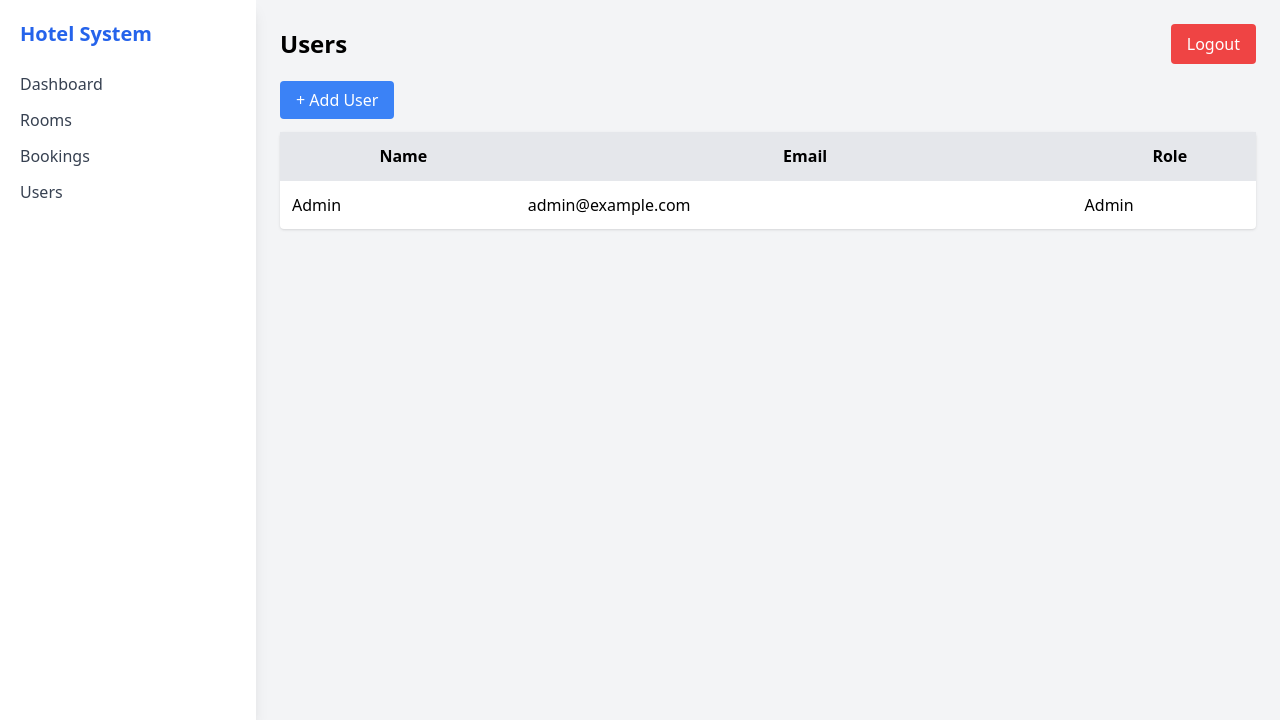
Repository: Hiruni60/hotel-booking-test
Page: resources/views/users/index.blade.php
The author's editor kept a copy of each file at every save. The page is drawn from the files as they stood at one save, then again after a run of saves.
The browser window is 1280 px wide. The pictures show the whole page.
The page is served by the project's Laravel application, run on PHP 8.4 with Laravel 10. Style sheets and scripts are compiled from the project's sources, by tool versions that may differ from the author's. The template is opened directly, without the code that normally fills it, so the values that code supplies are empty.

Above is the page before, as saved 2026-05-11 11:29:26.

After the next 2 saves:
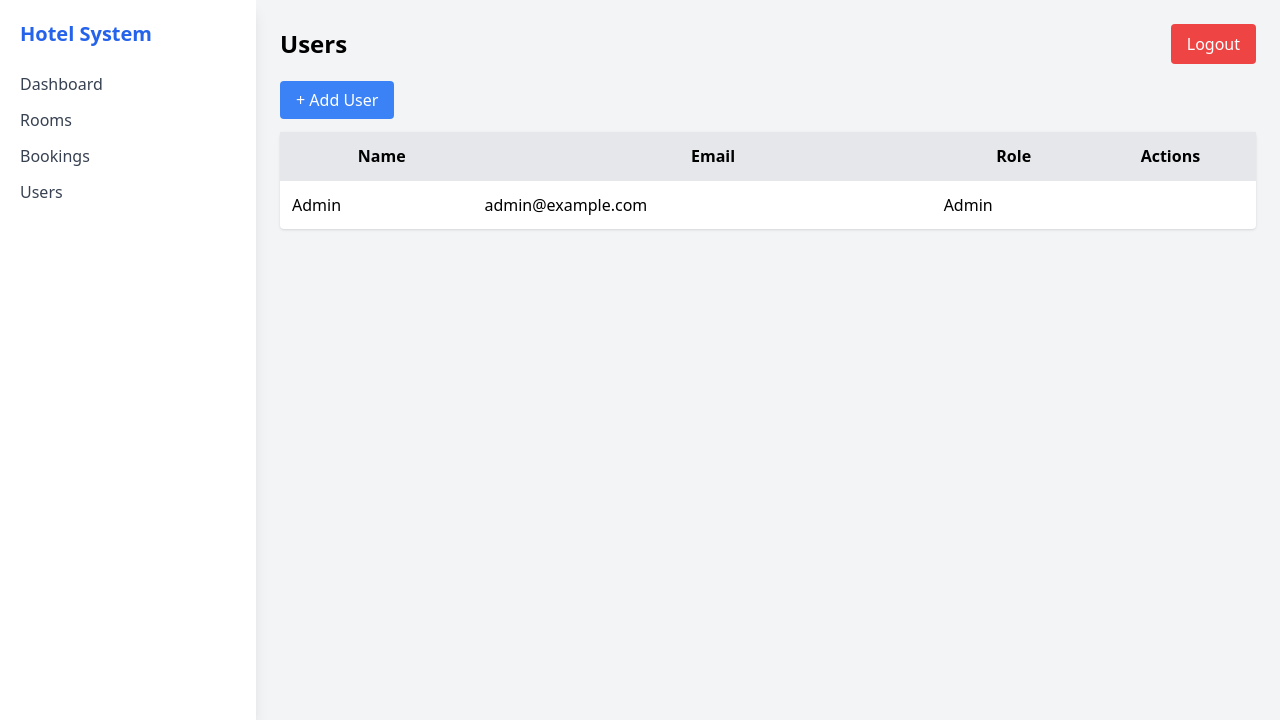
The 2 saves are shown as one change because they came seconds apart.
The last was saved 59 s later.
--- a/resources/views/users/index.blade.php
+++ b/resources/views/users/index.blade.php
@@ -15,6 +15,7 @@
             <th class="p-3">Name</th>
             <th>Email</th>
             <th>Role</th>
+            <th>Actions</th>
         </tr>
     </thead>
 
